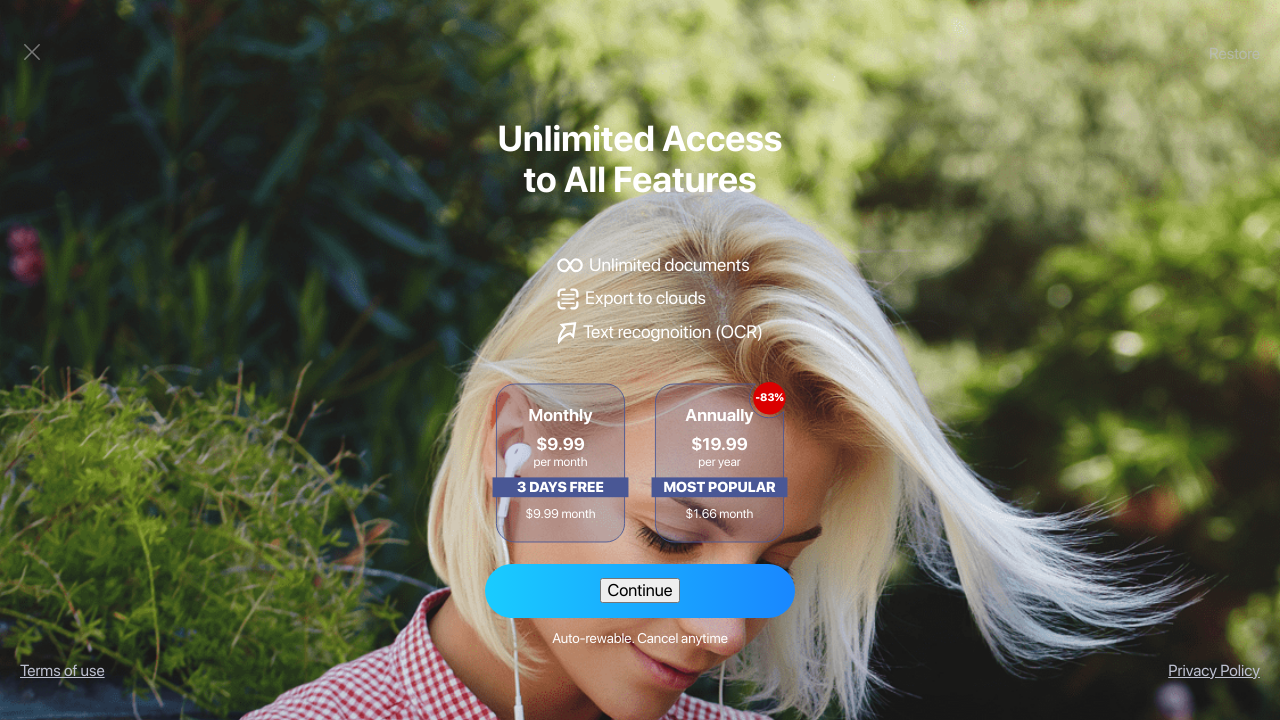
Repository: Ivan0195/bp-banner
Page: /
The author's editor kept a copy of each file at every save. The page is drawn from the files as they stood at one save, then again after a run of saves.
The browser window is 1280 px wide. The pictures show the whole page.
The project was rebuilt for these pictures with package versions that can differ from the ones it lists, and the page was loaded fresh each time. Also part of the build but not shown: webpack.config.js.

Above is the page before, as saved 2023-03-17 11:16:57.

After the next 6 saves:
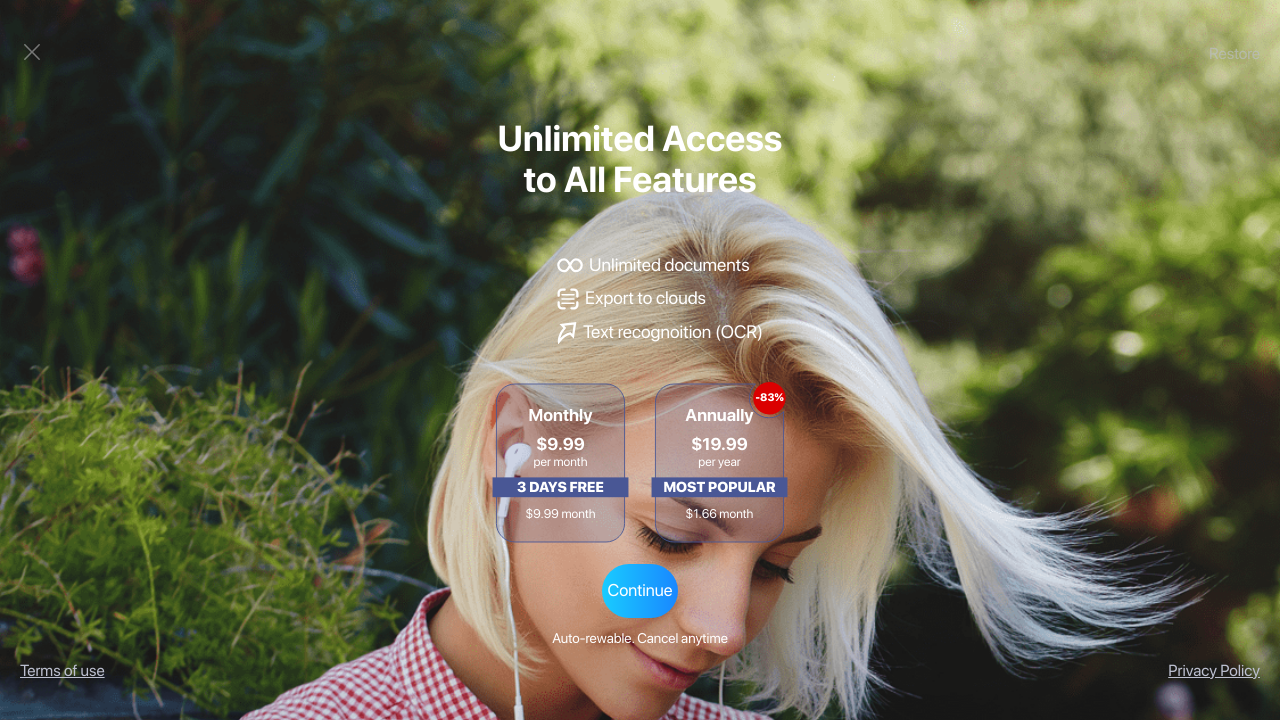
The 6 saves are shown as one change because they came seconds apart.
The last was saved 39 s later.
--- a/src/index.html
+++ b/src/index.html
@@ -56,8 +56,8 @@
 
     </div>
 
-    <form id="button" class="continueButton">
-      <input type="submit" value="Continue"/>
+    <form id="button" style={{w}} >
+      <input class="continueButton" type="submit" value="Continue"/>
     </form>
       <span class="smallText">Auto-rewable. Cancel anytime</span>
   </main>
